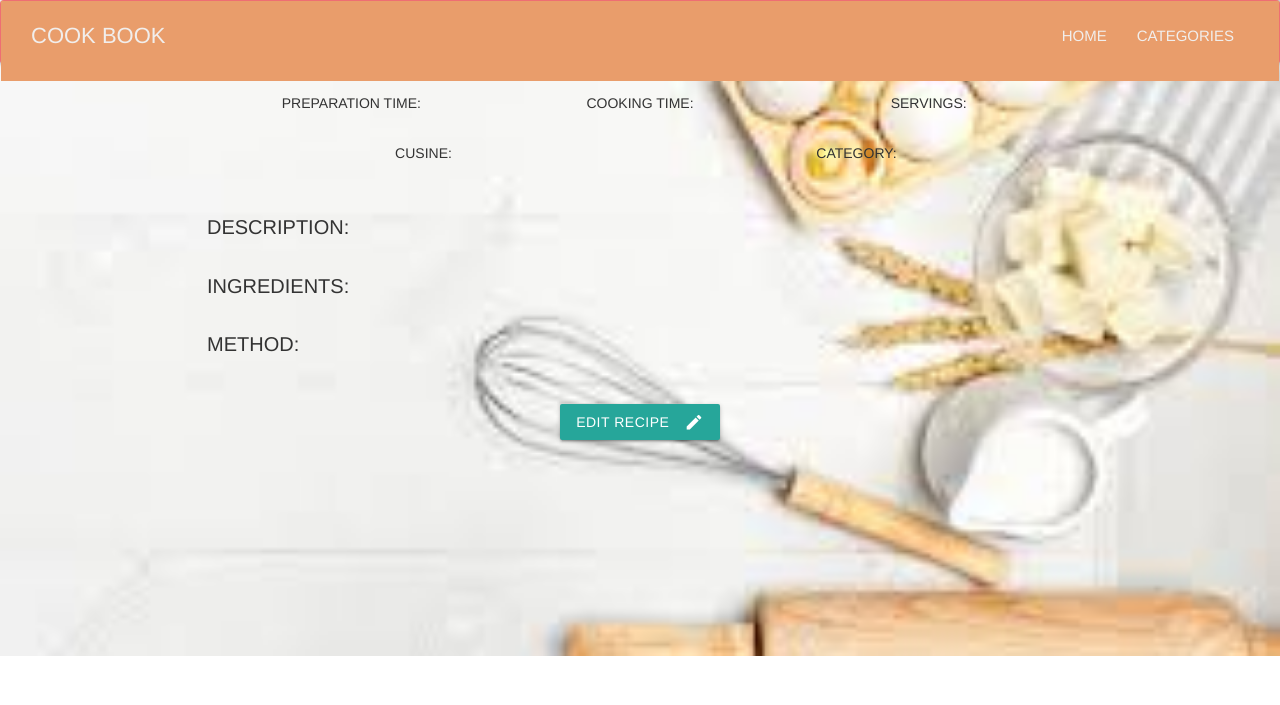
Repository: atena123/COOK-BOOK
Page: templates/viewrecipe.html
The author's editor kept a record of every edit. The page is drawn from the files as they stood at one moment, then again after the next edit.
The browser window is 1280 px wide. The pictures show the whole page.
Some web libraries are served in a nearby version. The page is served by the project's application, run on Flask 3 (app.py). The template is opened directly, without the code that normally fills it, so the values that code supplies are empty.

Above is the page before.

### templates/viewrecipe.html
{% extends 'base.html' %}

    {% block content %}


    <h3>{{recipe.recipe_name}}</h3>

    <div class="row">
        <div class="col s4 heading">
        <p>PREPARATION TIME: {{recipe.preparation_time}}</p>
        </div>
        <div class="col s4 heading">
        <p>COOKING TIME: {{recipe.cooking_time}}</p>
        </div>
        <div class="col s4 heading">
        <p>SERVINGS: {{recipe.recipe_servings}}</p>
        </div>
    </div>


    <div class="row">
        <div class="col s6 heading">
        <p>CUSINE: {{recipe.cusine_name}}</p>
        </div>
        <div class="col s6 heading">
        <p>CATEGORY: {{recipe.category_name}}</p>
        </div>
    </div>

        <p class="large-heading">DESCRIPTION:</p>
        {{recipe.recipe_description}}


        <p class="large-heading">INGREDIENTS:</p>
        {{recipe.recipe_ingredients}}


        <p class="large-heading">METHOD:</p>
        {{recipe.recipe_method}}



    <div class="row edit_recipe_button">
    <a href="{{url_for('edit_recipe', recipe_id=recipe._id)}}" class="waves-effect waves-light btn"><i class="material-icons right">edit</i>EDIT RECIPE</a>
    </div>

    {% endblock %}

### templates/base.html
<!DOCTYPE html>
<html>
    <head>
        <meta charset="utf-8">
        <meta http-equiv="X-UA-Compatible" content="IE=edge">
        <meta name="viewport" content="width=device-width, initial-scale=1">
        <link rel="stylesheet" href="https://maxcdn.bootstrapcdn.com/bootstrap/3.3.7/css/bootstrap.min.css" type="text/css" />
        <link href="https://fonts.googleapis.com/icon?family=Material+Icons" rel="stylesheet">
        <link rel="stylesheet" href="https://cdnjs.cloudflare.com/ajax/libs/materialize/1.0.0/css/materialize.min.css">
        <link rel="stylesheet" href="{{url_for('static', filename='css/style.css')}}" type="text/css" />
        <link rel="stylesheet" href="{{url_for('static', filename='images/cooking-tools.jpg')}}" type="text/css" />
        <title>COOK BOOK</title>
    </head>
    <body>
        <nav class="navbar">
            <div class="container-fluid navbar-container navbar-default bg-color-navbar">
                <div class="row">
                    <div class="col-xs-12">
                        <div class="navbar-header">
                            <button type="button" class="navbar-toggle collapsed" data-toggle="collapse" data-target="#bs-example-navbar-collapse-1" aria-expanded="false">
                                <span class="sr-only">Toggle navigation</span>
                                <span class="icon-bar"></span>
                                <span class="icon-bar"></span>
                                <span class="icon-bar"></span>
                            </button>
                            <a class="navbar-brand" href="{{url_for('find_recipes')}}">COOK BOOK</a>
                        </div>
                        <div class="collapse navbar-collapse" id="bs-example-navbar-collapse-1">
                            <ul class="nav navbar-nav navbar-right">
                                <li><a href="{{url_for('find_recipes')}}">HOME</a></li>
                                <li><a href="{{url_for('find_categories')}}">CATEGORIES</a></li>
                            </ul>
                    </div>
                 </div>
            </div>
        </nav>

        <div class="container">
        {% block content %}

        {% endblock %}
        </div>
        <script src="https://code.jquery.com/jquery-3.3.1.min.js" integrity="sha256-FgpCb/KJQlLNfOu91ta32o/NMZxltwRo8QtmkMRdAu8=" crossorigin="anonymous"></script>
        <script src="https://maxcdn.bootstrapcdn.com/bootstrap/3.3.7/js/bootstrap.min.js" integrity="sha384-Tc5IQib027qvyjSMfHjOMaLkfuWVxZxUPnCJA7l2mCWNIpG9mGCD8wGNIcPD7Txa" crossorigin="anonymous"></script>
        <script src="https://cdnjs.cloudflare.com/ajax/libs/jquery/3.2.1/jquery.min.js"></script>
        <script src="https://cdnjs.cloudflare.com/ajax/libs/materialize/1.0.0/js/materialize.min.js"></script>
        <script type="text/javascript">
        $(document).ready(function(){
        $('.collapsible').collapsible();
        $('select').formSelect();
        });
        </script>

    </body>
</html>

### app.py
import os
from flask import Flask, render_template, redirect, request, url_for, session
from flask_pymongo import PyMongo
from bson.objectid import ObjectId

app = Flask(__name__)

app.config["MONGO_DBNAME"] ='cook_book'
app.config["MONGO_URI"] = 'mongodb+srv://AnetA:AnetA2@myfirstcluster-sfmlq.mongodb.net/cook_book?retryWrites=true&w=majority'

mongo = PyMongo(app)



@app.route('/', methods=['GET', 'POST'])
def login_page():

  if request.method == 'POST':
    session['username'] == request.form['username']

  if 'username' in session:
    return redirect (session['username'])

    return render_template('recipes.html')






#--------------------------Find Recipes Page------------------


@app.route('/find_recipes')
def find_recipes():
  return render_template("recipes.html", recipes=mongo.db.recipes.find())


#--------------------------Add Recipes Page-------------------


@app.route('/add_recipe')
def add_recipe():
  return render_template('addrecipe.html', categories=mongo.db.categories.find())


#-------Enable To Add Recipe and Redirect To Recipe Page------


@app.route('/insert_recipe', methods=['POST'])
def insert_recipe():
  recipes=mongo.db.recipes
  recipes.insert_one(request.form.to_dict())
  return redirect(url_for('find_recipes'))


#----------------Enable To View Particular Recipe--------------


@app.route('/view_recipe/<recipe_id>')
def view_recipe(recipe_id):
  my_recipe =  mongo.db.recipes.find_one({"_id": ObjectId(recipe_id)})
  my_categories = mongo.db.categories.find()
  return render_template('viewrecipe.html', recipe=my_recipe,
                           categories=my_categories)


#--------------Enable To Edit Particular Recipe----------------


@app.route('/edit_recipe/<recipe_id>')
def edit_recipe(recipe_id):
  this_recipe = mongo.db.recipes.find_one({"_id": ObjectId(recipe_id)})
  all_categories = mongo.db.categories.find()
  return render_template('editrecipe.html', recipe=this_recipe,
                            categories=all_categories)


#-----Enable To Update Recipe And Redirect To Recipe Page-------


@app.route('/update_recipe/<recipe_id>', methods= ['POST'])
def update_recipe(recipe_id):
  recipes=mongo.db.recipes
  recipes.update({"_id": ObjectId(recipe_id)},

  {
    'category_name': request.form.get('category_name'),
    'recipe_name': request.form.get('recipe_name'),
    'recipe_ingredients': request.form.get('recipe_ingredients'),
    'recipe_method': request.form.get('recipe_method'),
    'recipe_description': request.form.get('recipe_description'),
    'preparation_time': request.form.get('preparation_time'),
    'recipe_servings': request.form.get('recipe_servings'),
    'cusine_name': request.form.get('cusine_name'),
    'cooking_time': request.form.get('cooking_time')
  })

  return redirect(url_for('find_recipes'))


#----------------Enable To Delete Particular Recipe--------------


@app.route('/delete_recipe/<recipe_id>')
def delete_recipe(recipe_id):
  mongo.db.recipes.remove({'_id': ObjectId(recipe_id)})
  return redirect(url_for('find_recipes'))







#-------------------Find Categories Page------------------------


@app.route('/find_categories')
def find_categories():
  return render_template('categories.html', categories=mongo.db.categories.find())


#------------------------Add Category Page------------------------


@app.route('/new_category')
def new_category():
  return render_template('addcategory.html')


#-------Enable To Add Category And Redirect To Categories Page-----


@app.route('/add_category', methods=['POST'])
def add_category():
  my_category = {'category_name': request.form.get('category_name')}
  mongo.db.categories.insert_one(my_category)
  return redirect(url_for('find_categories'))


#-------------------Edit Category Page---------------------------


@app.route('/edit_category/<category_id>')
def edit_category(category_id):
  return render_template('editcategory.html', category=mongo.db.categories.find_one({'_id': ObjectId(category_id)}))


#----Enable To Update Category And Redirect To Categories Page----


@app.route('/update_category/<category_id>', methods=['POST'])
def update_category(category_id):
  mongo.db.categories.update({'_id': ObjectId(category_id)}, {'category_name': request.form.get('category_name')})
  return redirect(url_for('find_categories'))


#--------------------Enable To Delete Category----------------------


@app.route('/delete_category/<category_id>')
def delete_category(category_id):
  mongo.db.categories.remove({'_id': ObjectId(category_id)})
  return redirect(url_for('find_categories'))



if __name__ == '__main__':
  app.run(host=os.environ.get('IP'),
  port=int(os.environ.get('PORT')),
  debug=True)

### static/css/style.css
body {
    background: url("../images/cooking-tools.jpg");
    background-position: center;
    background-repeat: no-repeat;
    background-size: cover;
    position: relative;
}


h3, h6 {
    text-align: center;
}

.login-form {
    text-align: center;
}

/*------------------------View Page-----------------------*/

.heading {
    text-align: center;
}

.large-heading {
    font-size: 20px;
    padding-top: 20px;
}

.small-headings {
    padding-top: 20px;
}

/*-------------------------Small Buttons--------------------*/

.button {
    height: 24px;
    width: 80px;
    line-height: 24px;
    margin: 6px 6px;
    padding: 0 0.5em;

}

.small-buttons {
    text-align: right;
}

.view-button, .edit-button {
    background-color: #5DADE2;
}

.view-button:hover, .edit-button:hover {
    background-color: #2E86C1;
    color: white;
}

.remove-button {
    background-color: #EC7063;
}

.remove-button:hover {
    background-color: #CB4335;
    color: white;
}




/*-------------------------Big Buttons---------------*/



.add_recipe_button,
.update_recipe_button {
    text-align: center;
}

.edit_recipe_button {
    text-align: center;
    padding-top: 35px;
}



/*-------------------------Navbar-------------------------*/
.navbar {
    margin: 0;
    padding: 0;
}

.bg-color-navbar {
    background-color: #E99D6B;
}

.navbar-default .navbar-brand {
    color: #F1EEEC;
    padding-top: 25px;
    font-size: 22px;
    transition: color 0.7s ease-in-out;
    -o-transition: color 0.7s ease-in-out;
    -moz-transition: color 0.7s ease-in-out;
    -webkit-transition: color 0.7s ease-in-out;
}


.navbar-default .navbar-brand:hover {
    color: #3B3B3A;
}


.navbar-default .navbar-nav>li>a {
    color: #F1EEEC;
    padding-top: 25px;
    transition: color 0.7s ease-in-out;
    -o-transition: color 0.7s ease-in-out;
    -moz-transition: color 0.7s ease-in-out;
    -webkit-transition: color 0.7s ease-in-out;
 }


.navbar-default .navbar-nav>li>a:hover {
    color: #3B3B3A;
}

After the next edit:
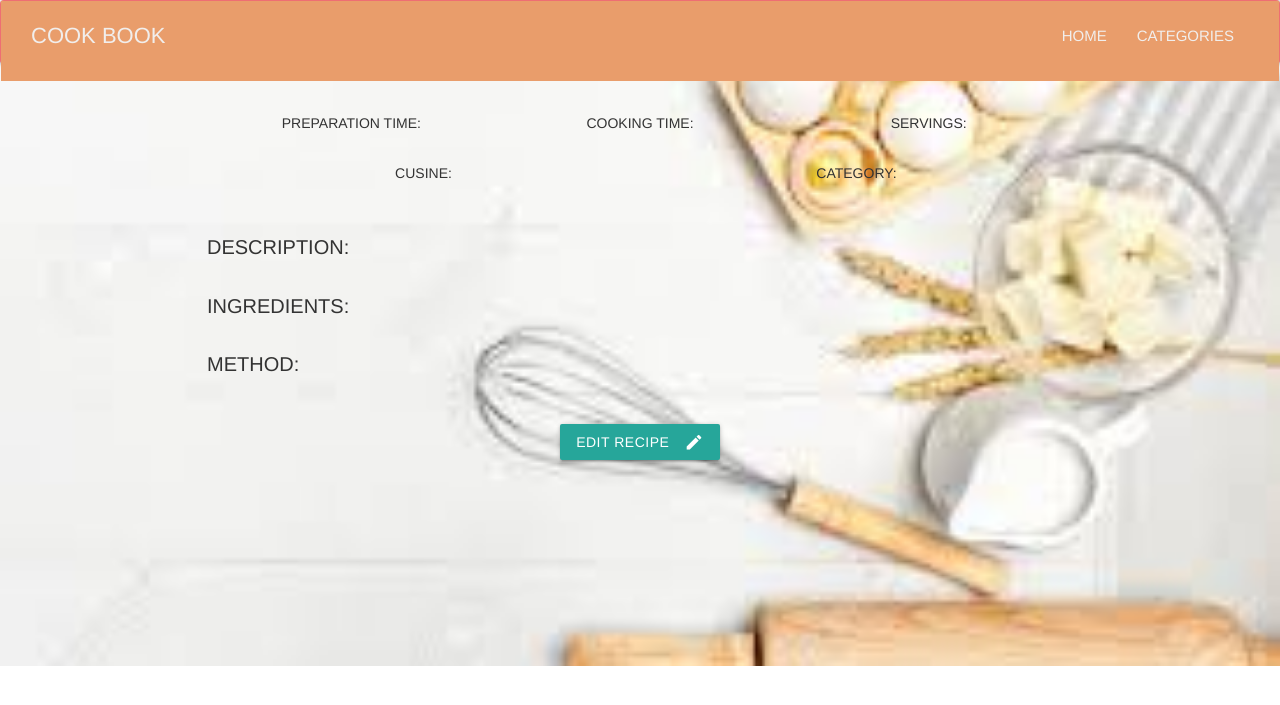
The edit:
--- a/templates/viewrecipe.html
+++ b/templates/viewrecipe.html
@@ -5,7 +5,7 @@
 
     <h3>{{recipe.recipe_name}}</h3>
 
-    <div class="row">
+    <div class="row small-headings">
         <div class="col s4 heading">
         <p>PREPARATION TIME: {{recipe.preparation_time}}</p>
         </div>
